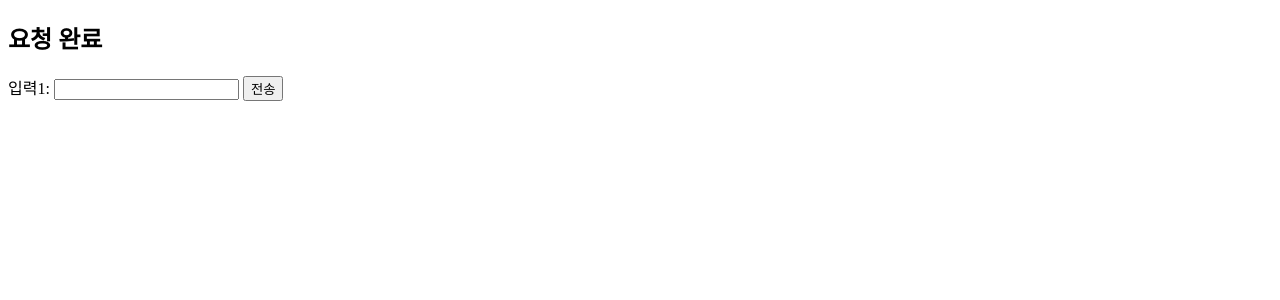
Repository: kimteayoung/spring
Page: http://localhost/spring_20211123_01/input
An editor plug-in stored every save of this project. The page is shown before and after the next save, followed by the edit.
The browser window is 1280 px wide. The pictures show the whole page.
The page is served by Tomcat 9. Other server files are loaded and not shown.

Above is the page before, as saved 2021-11-23 05:14:21.

### workspace-sts-3.9.18.RELEASE/spring_20211123_01/src/main/webapp/WEB-INF/views/input.jsp
<%@ page language="java" contentType="text/html; charset=UTF-8"
    pageEncoding="UTF-8"%>
<!DOCTYPE html>
<html>
<head>
<meta charset="UTF-8">
<title>Insert title here</title>
<style>
input{
displat: block;
}
</style>
</head>
<body>
    <h2>요청 완료</h2>
    <!-- http://localhost:8081/ex/inputparam?param1=입력하세요. -->
    <!-- form태그의 action 속성: 목적지를 지정한다.(컨트롤러로 요청할 주소) -->
    <form action="inputparam" method="post">
        입력1: <input type="text" name="param1">
        <input type="submit" value="전송">
    </form>
</body>
</html>

After the next save:
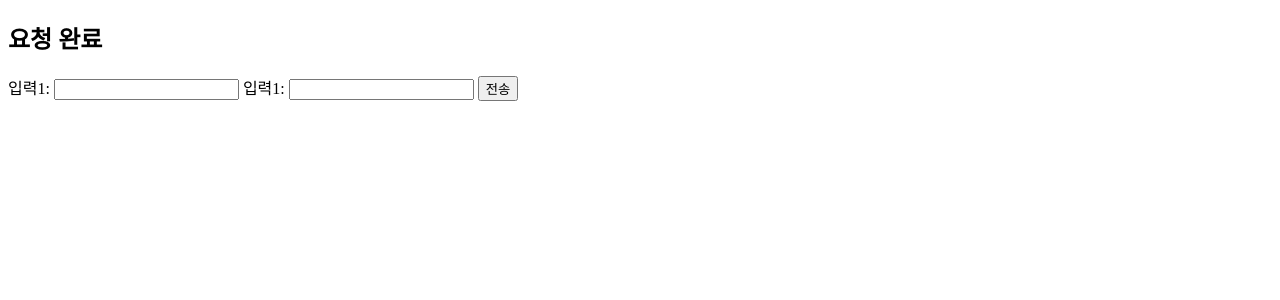
Saved 8 min 12 s later.
--- a/workspace-sts-3.9.18.RELEASE/spring_20211123_01/src/main/webapp/WEB-INF/views/input.jsp
+++ b/workspace-sts-3.9.18.RELEASE/spring_20211123_01/src/main/webapp/WEB-INF/views/input.jsp
@@ -17,6 +17,7 @@
     <!-- form태그의 action 속성: 목적지를 지정한다.(컨트롤러로 요청할 주소) -->
     <form action="inputparam" method="post">
         입력1: <input type="text" name="param1">
+        입력1: <input type="text" name="param1">
         <input type="submit" value="전송">
     </form>
 </body>
